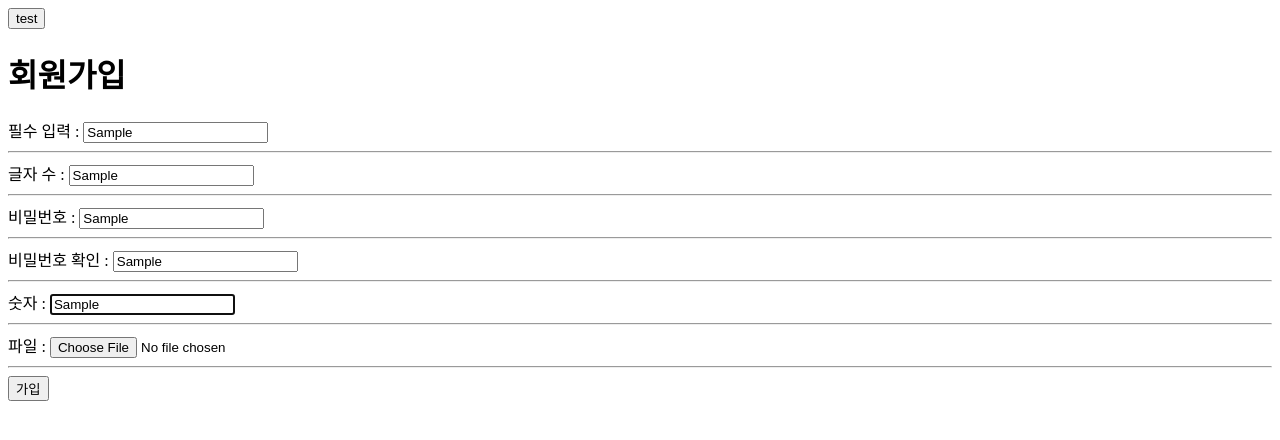
Repository: kkmin20200331-max/copyUpload
Page: 07_ValidChk/src/main/webapp/valid.html
The author's editor kept a copy of each file at every save. The page is drawn from the files as they stood at one save, then again after the next save.
The browser window is 1280 px wide. The pictures show the whole page.
Empty fields were first filled with sample values (such as "Sample", 5 or name@example.com).
After loading, the first visible `#myForm > button` was clicked once.

Above is the page before, as saved 2026-03-18 03:13:02.

### 07_ValidChk/src/main/webapp/valid.html
<!DOCTYPE html>
<html>
<head>
<meta charset="UTF-8">
<title>Insert title here</title>
<script type="text/javascript" src="valid.js"></script>
<script type="text/javascript" src="siteChk.js"></script>
<script type="text/javascript">
	function test() {
		let a = "";
		if (a) {
			alert("참")
		} else {
			alert("거짓")
		}

	}
</script>

</head>
<body>
	<button onclick="test()">test</button>
	<h1>회원가입</h1>
	<form action="VC" id="myForm">
		필수 입력 : <input id="i1" placeholder="필수, 5자 이상, 한글x">
		<hr>
		글자 수 : <input id="i2" placeholder="3자 이상, 10글자 까지">
		<hr>
		비밀번호 : <input id="i3" placeholder="5글자 이상, 대문자,숫자 포함">
		<hr>
		비밀번호 확인 : <input id="i4" placeholder="비밀번호 재확인">
		<hr>
		숫자 : <input id="i5" placeholder="숫자만, 공백x">
		<hr>
		파일 : <input type="file" id="i6">
		<hr>
		<button type="button" onclick="call()">가입</button>
	</form>


</body>
</html>

### 07_ValidChk/src/main/webapp/valid.js
//검사 로직 정리하기 (lib)
//라이브러리화->도구를 만든다는 뜻 json, cos, ojdbc, lombok, ...

//일반적으로 유효성 검사하는 것들
//함수형태로 정리해서 필요할 때 사이트마다 맞춰쓰게

//문제가 있으면 true, 없으면 false
//<input>을 넣으면
//거기에 글자가 없으면 true, 있으면 false
function isEmpty(input) {
    return !input.value;
}
//<input>, 글자수를 넣으면
//
function lessThan(input, len){
	return	input.value.length < len;
}
//<input>을 넣어서
//값이 숫자가 아니면 true 아니면 false
function isNotNumber(input){
	return isNaN(input.value);
}
//test
//<input> 2개 비번확인
//같지않으면 true, 같으면 false
function notEquals(password, password2){
	return password.value != (password2.value);
}
//

### 07_ValidChk/src/main/webapp/siteChk.js
function call() {
    const i1El = document.querySelector("#i1");
    const i2El = document.querySelector("#i2");
    const i3El = document.querySelector("#i3");
    const i4El = document.querySelector("#i4");
    const i5El = document.querySelector("#i5");
    const i6El = document.querySelector("#i6");


    if (isEmpty(i1El) || lessThan(i1El,5)) {
        alert('입력 조건을 확인해주세요!');
        i1El.focus();
        return;
    }


	if(lessThan(i2El,3)){
		alert('글자 수 오류!');
		i2El.focus();
		return;
	}
	if(notEquals(i3El,i4El)){
		alert('비밀번호가 같지 않습니다.')
		i3El.value = "";
		i4El.value = "";
		i3El.focus();
		return;
	}

	if(isNotNumber(i5El)||isEmpty(i5El)){
		alert('입력 조건을 확인해주세요!')
		i5El.focus();
		return;
	}




    document.querySelector("#myForm").submit();

}

After the next save:
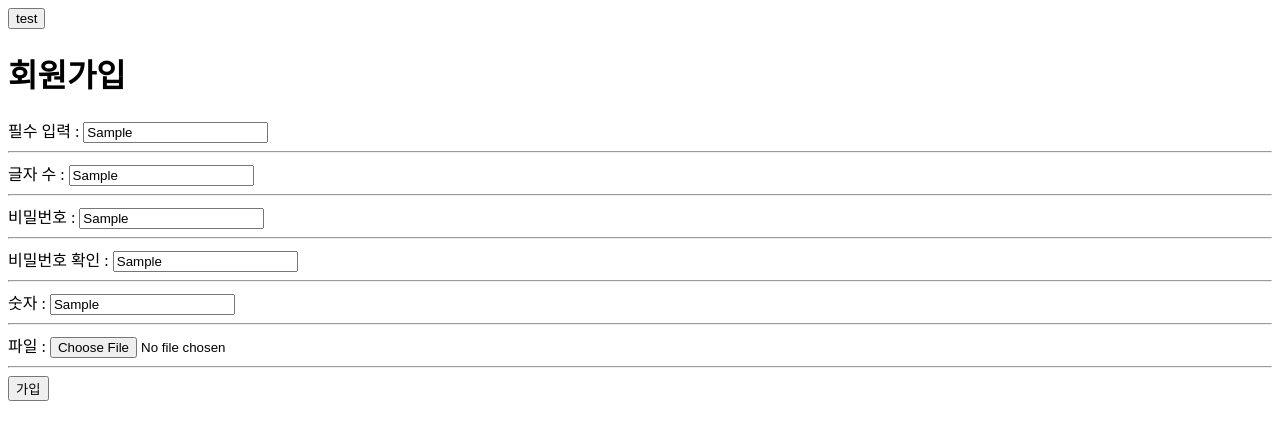
Console error: ReferenceError: containKR is not defined
Saved 31 min 29 s later.
--- a/07_ValidChk/src/main/webapp/siteChk.js
+++ b/07_ValidChk/src/main/webapp/siteChk.js
@@ -7,7 +7,7 @@ function call() {
     const i6El = document.querySelector("#i6");
 
 
-    if (isEmpty(i1El) || lessThan(i1El,5)) {
+    if (isEmpty(i1El) || lessThan(i1El,5)||containKR(i1El)) {
         alert('입력 조건을 확인해주세요!');
         i1El.focus();
         return;
